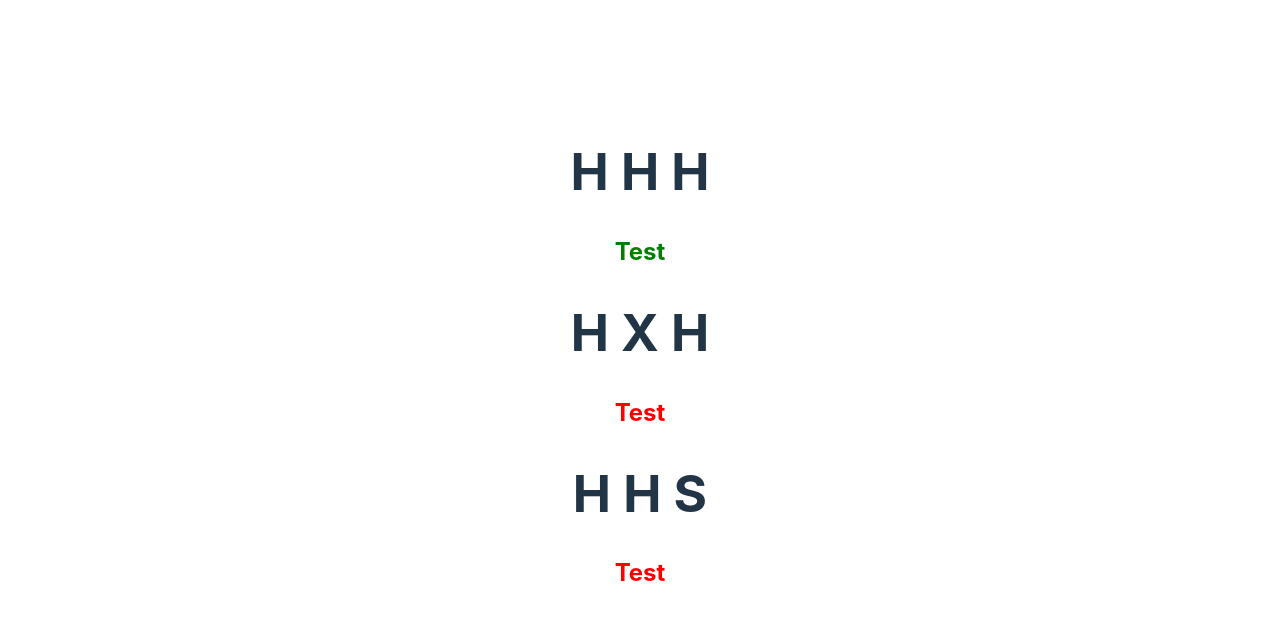
Repository: SmooothCriminal001/ReactLearning
Page: / (app in slot-machine-exercise/)
An editor plug-in stored every save of this project. The page is shown before and after the next save, followed by the edit.
The browser window is 1280 px wide. The pictures show the whole page.
The project was rebuilt for these pictures with package versions that can differ from the ones it lists, and the page was loaded fresh each time. Also part of the build but not shown: slot-machine-exercise/vite.config.js.

Above is the page before, as saved 2024-07-25 14:18:15.

After the next save:
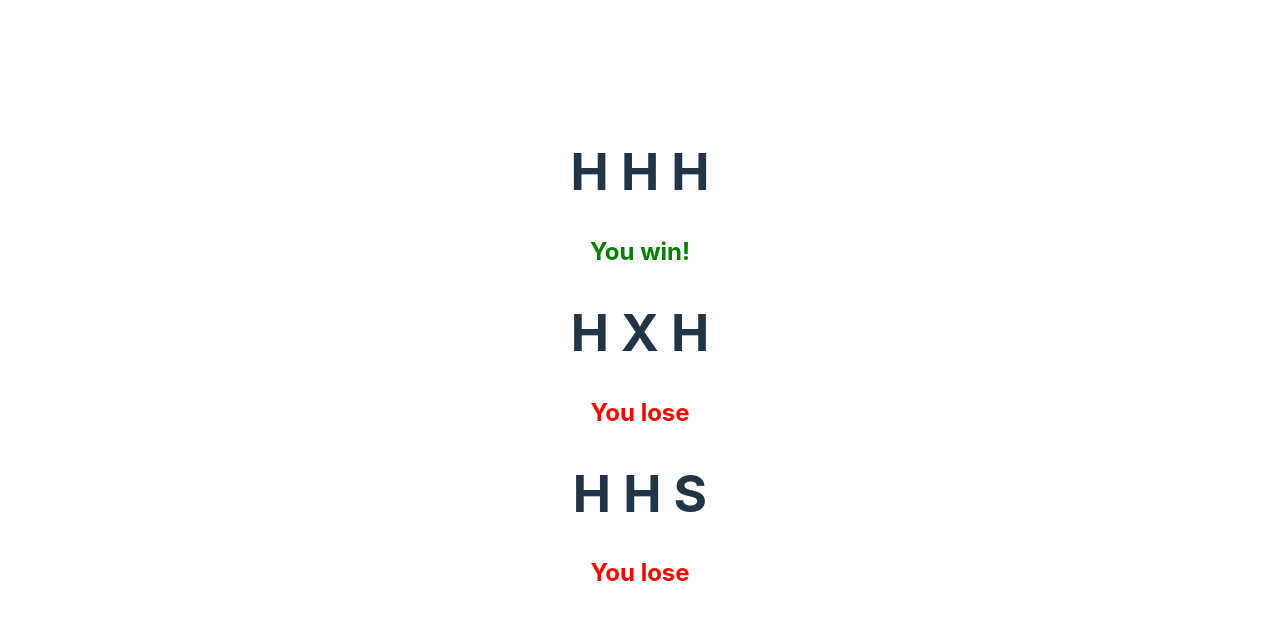
Saved 33 s later.
--- a/slot-machine-exercise/src/Slots.jsx
+++ b/slot-machine-exercise/src/Slots.jsx
@@ -6,6 +6,6 @@ export default function Slots({ firstPull, secondPull, thirdPull}){
 
     return <>
         <h1>{firstPull} {secondPull} {thirdPull}</h1>
-        <h2 style={announceStyle}>Test</h2>
+        <h2 style={announceStyle}>{hasWon ? "You win!" : "You lose"}</h2>
     </>
 }
